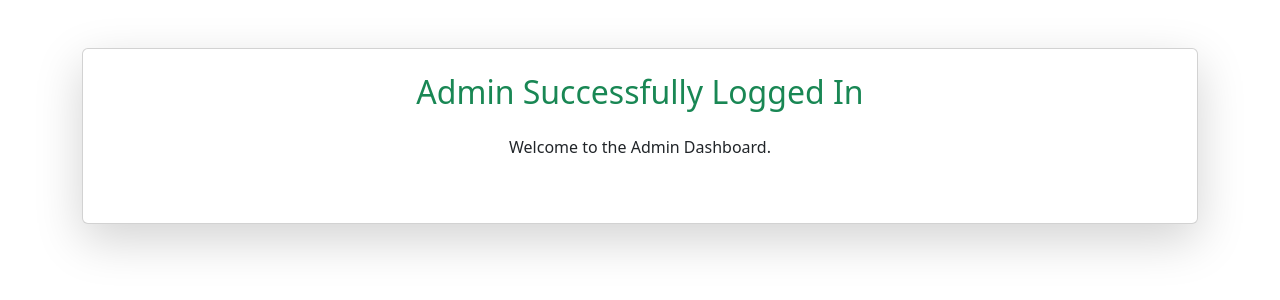
Repository: viraj2623/My_projects
Page: loginandregpr/src/main/webapp/main.html
An editor plug-in stored every save of this project. The page is shown before and after the next save, followed by the edit.
The browser window is 1280 px wide. The pictures show the whole page.

Above is the page before, as saved 2025-03-05 07:57:32.

After the next save:
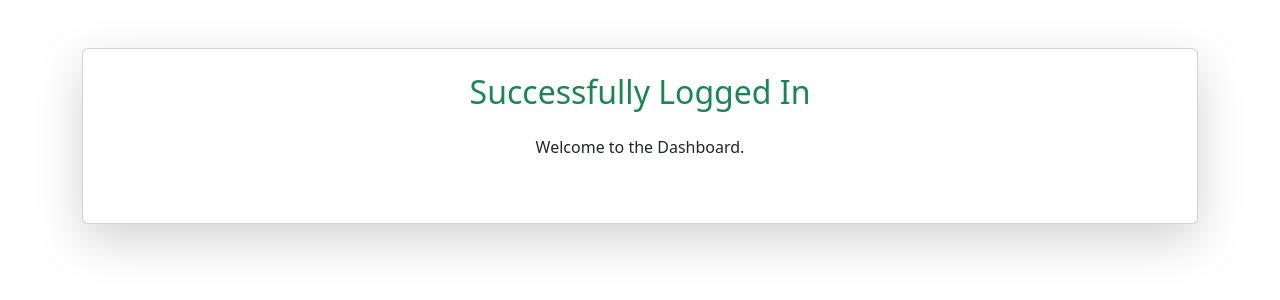
Saved 69 s later.
--- a/loginandregpr/src/main/webapp/main.html
+++ b/loginandregpr/src/main/webapp/main.html
@@ -3,14 +3,14 @@
 <head>
     <meta charset="UTF-8">
     <meta name="viewport" content="width=device-width, initial-scale=1.0">
-    <title>Admin Dashboard</title>
+    <title>Dashboard</title>
     <link rel="stylesheet" href="https://cdnjs.cloudflare.com/ajax/libs/bootstrap/5.3.0/css/bootstrap.min.css">
 </head>
 <body>
     <div class="container text-center mt-5">
         <div class="card shadow-lg p-4">
-            <h2 class="text-success">Admin Successfully Logged In</h2>
-            <p class="mt-3">Welcome to the Admin Dashboard.</p>
+            <h2 class="text-success">Successfully Logged In</h2>
+            <p class="mt-3">Welcome to the Dashboard.</p>
             <div class="mt-4">
 
             </div>

After the save that followed:
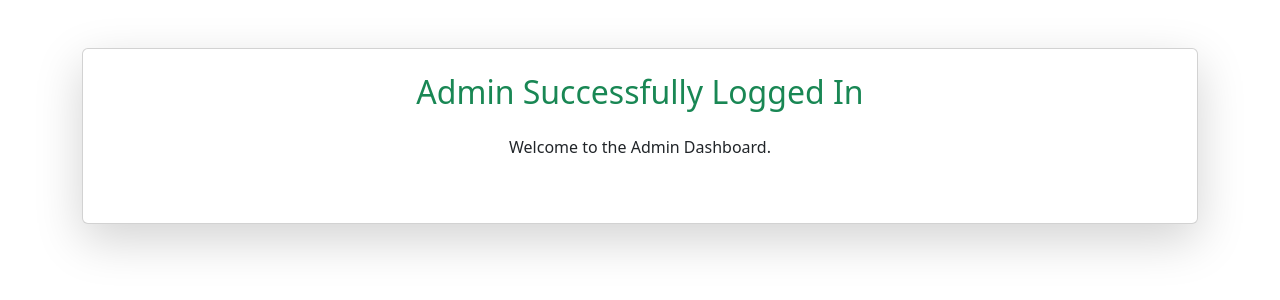
Saved 49 s later.
--- a/loginandregpr/src/main/webapp/main.html
+++ b/loginandregpr/src/main/webapp/main.html
@@ -3,14 +3,14 @@
 <head>
     <meta charset="UTF-8">
     <meta name="viewport" content="width=device-width, initial-scale=1.0">
-    <title>Dashboard</title>
+    <title>Admin Dashboard</title>
     <link rel="stylesheet" href="https://cdnjs.cloudflare.com/ajax/libs/bootstrap/5.3.0/css/bootstrap.min.css">
 </head>
 <body>
     <div class="container text-center mt-5">
         <div class="card shadow-lg p-4">
-            <h2 class="text-success">Successfully Logged In</h2>
-            <p class="mt-3">Welcome to the Dashboard.</p>
+            <h2 class="text-success">Admin Successfully Logged In</h2>
+            <p class="mt-3">Welcome to the Admin Dashboard.</p>
             <div class="mt-4">
 
             </div>
